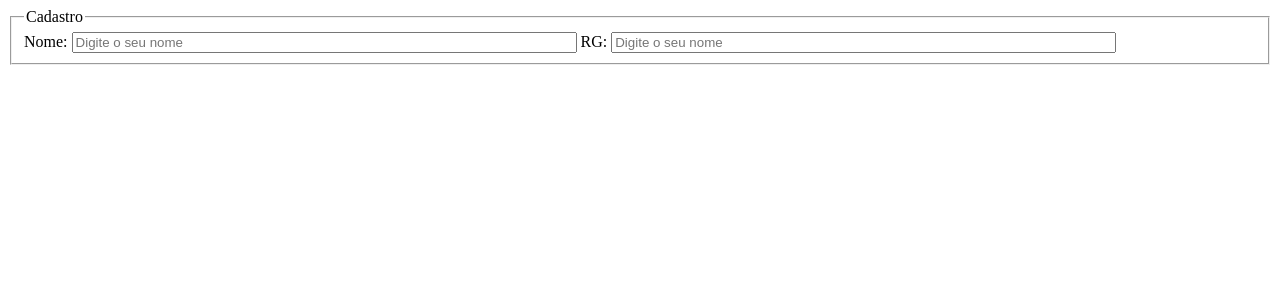
Repository: Lerif/WebServletLearning
Page: http://localhost/WebLearning/
The author's editor kept a copy of each file at every save. The page is drawn from the files as they stood at one save, then again after the next save.
The browser window is 1280 px wide. The pictures show the whole page.
The page is served by Tomcat 9.

Above is the page before, as saved 2016-10-25 14:12:42.

After the next save:
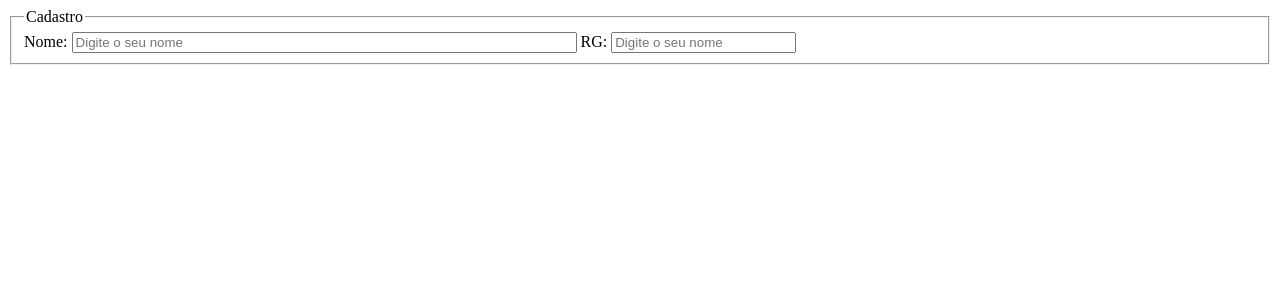
Saved 19 s later.
--- a/WebServelets/WebLearning/WebContent/TryJSP.jsp
+++ b/WebServelets/WebLearning/WebContent/TryJSP.jsp
@@ -13,7 +13,7 @@
 			Nome:
 			<input type="text" 	name="nome" size="60" placeholder="Digite o seu nome" required/>
 			RG:
-			<input type="text" 	name="rg" size="60" placeholder="Digite o seu nome" required/>
+			<input type="number" 	name="rg" size="60" placeholder="Digite o seu nome" required/>
 		</fieldset>
 	</form>
 </body>
